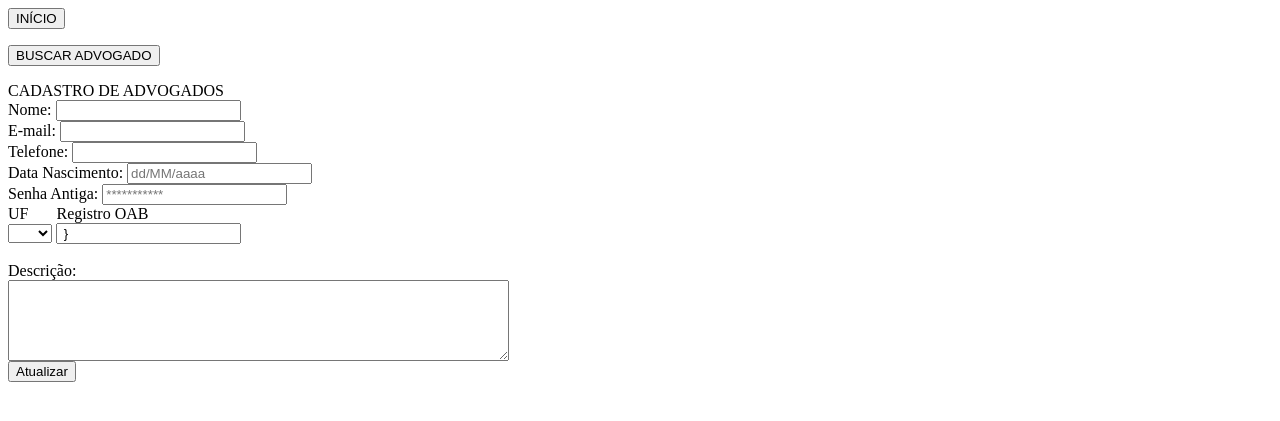
Repository: Natan16/CRUDJUSTTO
Page: http://localhost/CRUDJUSTTOWEB/edita-advogado.jsp
These files come from the project's save history. The page is drawn as it stood at one moment and after the next save; the edit follows.
The browser window is 1280 px wide. The pictures show the whole page.
The page is served by Tomcat 9.

Above is the page before, as saved 2019-09-01 00:53:11.

After the next save:
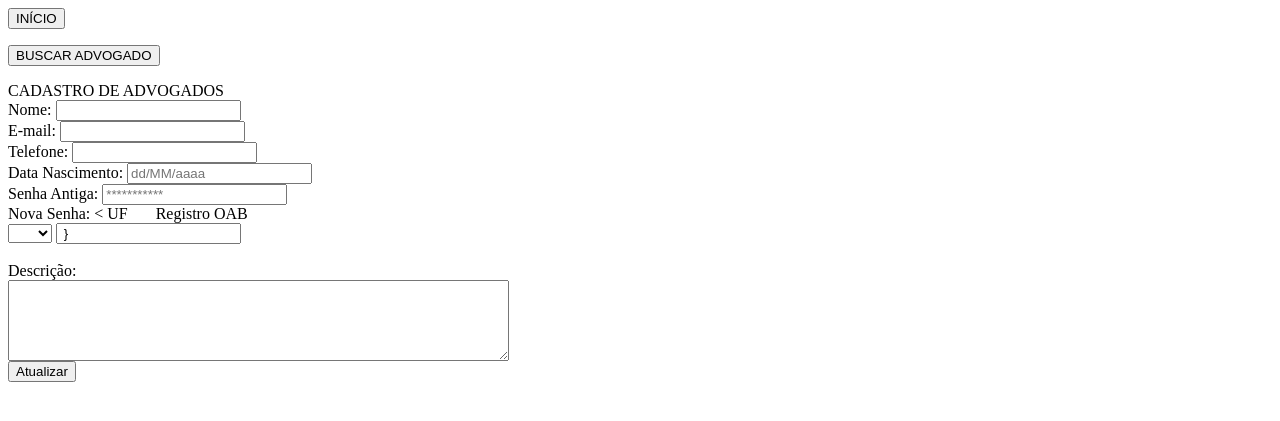
Saved 8 s later.
--- a/CRUDJUSTTOWEB/WebContent/edita-advogado.jsp
+++ b/CRUDJUSTTOWEB/WebContent/edita-advogado.jsp
@@ -23,7 +23,7 @@
              Telefone: <input type="text" name="telefone" value="${param.telefone}"/><br />
              Data Nascimento: <input type="text" name="dataNascimento" placeholder="dd/MM/aaaa"/><br />
              Senha Antiga: <input type="password" name="senha" placeholder="***********" required/><br />
-
+             Nova Senha: <
 
 
                           UF &nbsp;&emsp; Registro OAB <br />
